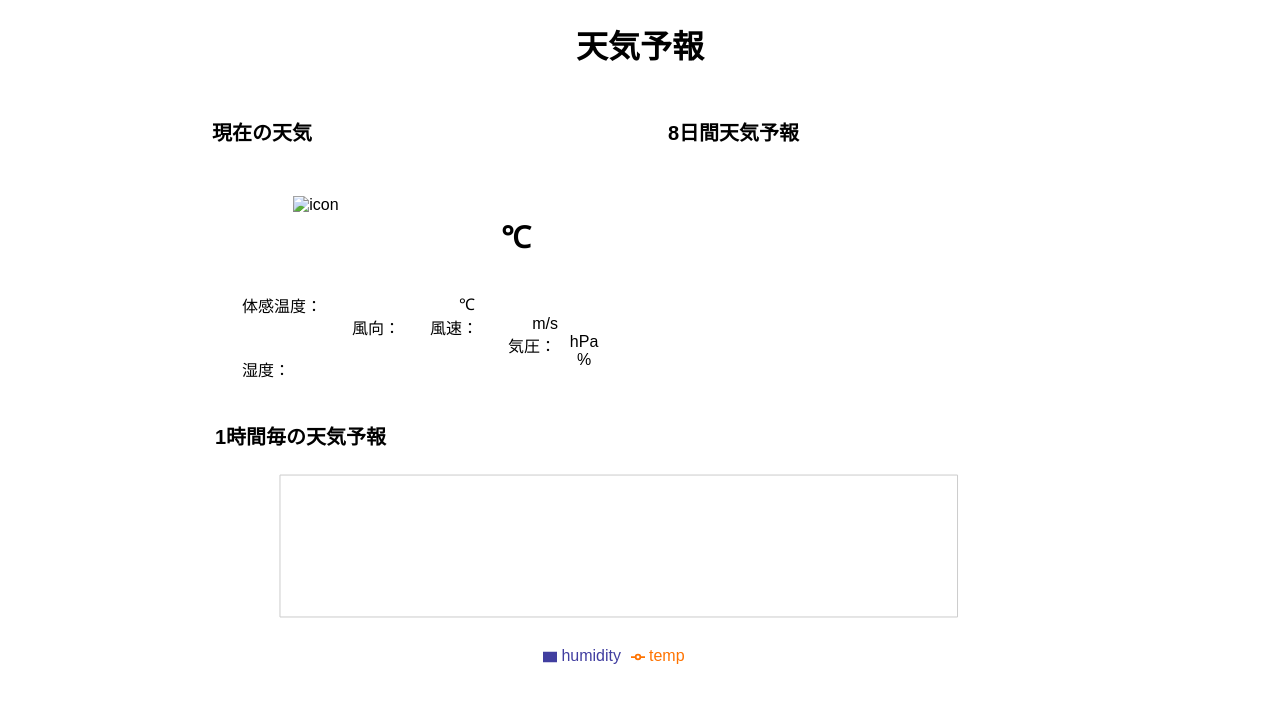
Repository: IshigureTomoki/weather-app
Page: /
These files come from the project's save history. The page is drawn as it stood at one moment and after the next save; the edit follows.
The browser window is 1280 px wide. The pictures show the whole page.
The page's requests for data from a server got no answer. The project was rebuilt for these pictures with package versions that can differ from the ones it lists, and the page was loaded fresh each time. No one was signed in, and anything a server would have sent is missing.

Above is the page before, as saved 2022-02-25 15:16:42.

### src/App.tsx
import axios from "axios";
import { report } from "process";
import React, { useEffect, useState } from "react";
import { convertTypeAcquisitionFromJson } from "typescript";
import "./App.css";
import { LinePlot } from "./components/LinePlot";

function App() {
  useEffect(() => {
    wetherOneCall();
  }, []);

  type weatherReportType = {
    time: string;
    timezone: string;
    temp: string;
    feels_like: string;
    wind_deg: string;
    wind_speed: string;
    pressure: string;
    humidity: string;
    weatherDescription: string;
    weatherIcon: string;
  };

  type weatherDailyReportsType = {
    dt: number;
    temp: {
      max: string;
      min: string;
    };
    weather: [
      {
        description: string;
        icon: string;
        id: string;
        main: string;
      }
    ];
  };

  type weatherHourlyReportsType = {
    time: string;
    temp: string;
    humidity: string;
  };

  const [weatherReport, setWeatherReport] = useState<weatherReportType>();
  const [weatherDailyReports, setWeatherDailyReports] = useState<
    weatherDailyReportsType[]
  >([]);

  const [weatherHourlyReports, setWeatherHourlyReports] = useState<
    weatherHourlyReportsType[]
  >([]);
  const [serchCity, setSearchCity] = useState("");

  const time = (dt: number) => {
    const srTime = new Date(dt * 1000);
    const time = srTime.toLocaleTimeString();
    return `${time}`;
  };

  const hour = (dt: number) => {
    const srTime = new Date(dt * 1000);
    const hour = srTime.getHours();
    return `${hour}`;
  };

  const mday = (dt: number) => {
    const srTime = new Date(dt * 1000);
    const day = srTime.toLocaleDateString();
    return `${day}`;
  };

  const date = (dt: number) => {
    const srTime = new Date(dt * 1000);
    const date = srTime.getDate();
    return `${date}`;
  };

  const dayOfWeekStr = (dt: number) => {
    const srTime = new Date(dt * 1000);
    const day = srTime.getDay();
    const dayOfWeekStrJP = ["日", "月", "火", "水", "木", "金", "土"];
    return `(${dayOfWeekStrJP[day]})`;
  };

  const wetherOneCall = async () => {
    await axios
      .get(
        "https://api.openweathermap.org/data/2.5/onecall?lat=35.690&lon=139.692&lang=ja&units=metric&appid=ff86fbdda3c22e95ce0071f6a7826f6c"
      )
      .then((res) => {
        console.log(res);

        const get_wind_deg = (wind_deg: number) => {
          let r = "北↓";
          if (wind_deg >= 11.25) r = "北北東";
          if (wind_deg >= 33.75) r = "北東↙︎";
          if (wind_deg >= 56.25) r = "東北東";
          if (wind_deg >= 78.75) r = "東←";
          if (wind_deg >= 101.25) r = "東南東";
          if (wind_deg >= 123.75) r = "南東↖︎";
          if (wind_deg >= 146.25) r = "南南東";
          if (wind_deg >= 168.75) r = "南↑";
          if (wind_deg >= 191.25) r = "南南西";
          if (wind_deg >= 213.75) r = "南西↗︎";
          if (wind_deg >= 236.25) r = "西南西";
          if (wind_deg >= 258.75) r = "西→";
          if (wind_deg >= 281.25) r = "西北西";
          if (wind_deg >= 303.75) r = "北西↘︎";
          if (wind_deg >= 326.25) r = "北北西";
          return r;
        };

        const report = {
          time: `${mday(res.data.current.dt)} ${time(res.data.current.dt)}`,
          timezone: res.data.timezone,
          temp: res.data.current.temp,
          feels_like: res.data.current.feels_like,
          wind_deg: get_wind_deg(res.data.current.wind_deg),
          wind_speed: res.data.current.wind_speed,
          pressure: res.data.current.pressure,
          humidity: res.data.current.humidity,
          weatherDescription: res.data.current.weather[0].description,
          weatherIcon: `http://openweathermap.org/img/wn/${res.data.current.weather[0].icon}@2x.png`,
        };

        const hourlyreports = res.data.hourly.map(
          (hourly: any, index: number) => {
            return {
              time: hour(hourly.dt),
              temp: hourly.temp,
              humidity: hourly.humidity,
            };
          }
        );

        hourlyreports.length = 24;

        console.log(report);
        setWeatherReport(report);
        setWeatherDailyReports(res.data.daily);
        console.log(hourlyreports);
        setWeatherHourlyReports(hourlyreports);
      });
  };
  return (
    <>
      <div className="App">
        <h1>天気予報</h1>
        <div className="upper">
          <div className="now-area">
            <div className="title">現在の天気</div>
            <div className="nowtime">{weatherReport?.time}</div>
            <div className="nowplace">{weatherReport?.timezone}</div>
            <div className="nowtemps">
              <div>
                <img src={weatherReport?.weatherIcon} alt="icon" width={120} />
              </div>
              <div className="nowtemps2">
                <div className="nowtemp">{weatherReport?.temp}℃</div>
                <div className="nowdes">
                  {weatherReport?.weatherDescription}
                </div>
              </div>
            </div>
            <dl>
              <dt>体感温度</dt>
              <dd>{weatherReport?.feels_like}℃</dd>
              <dt>風向</dt>
              <dd>{weatherReport?.wind_deg}</dd>
              <dt>風速</dt>
              <dd>{weatherReport?.wind_speed}m/s</dd>
              <dt>気圧</dt>
              <dd>{weatherReport?.pressure}hPa</dd>
              <dt>湿度</dt>
              <dd>{weatherReport?.humidity}%</dd>
            </dl>
          </div>

          <div className="dayly-area">
            <div className="title">8日間天気予報</div>

            {weatherDailyReports.map((report) => (
              <>
                <div className="dayly">
                  <div className="daylyd">
                    {date(report.dt)}
                    {dayOfWeekStr(report.dt)}
                  </div>
                  <div className="daylyi">
                    <img
                      src={`http://openweathermap.org/img/wn/${report.weather[0].icon}@2x.png`}
                      alt="icon"
                      width={40}
                    />
                  </div>
                  <div className="daylyde">{report.weather[0].description}</div>
                  <div className="daylym">
                    {report.temp.max}/{report.temp.min}℃
                  </div>
                </div>
              </>
            ))}
          </div>
        </div>

        <div className="hourly-area">
          <div className="title">1時間毎の天気予報</div>
          <LinePlot data={weatherHourlyReports} />
        </div>
      </div>
    </>
  );
}

export default App;

### src/App.css
body {
  font-family: sans-serif;
}

.App {
  text-align: center;
}

.upper {
  display: flex;
  justify-content: center;
}
.now-area {
  text-align: center;
  /* background-color: aliceblue; */
  width: 400px;
  padding: 20px;
  margin: 8px;
  border-radius: 8px;
}
.nowtime {
  font-size: 30px;
}

.nowplace{
  font-size: 25px;
}
.nowtemps{
  padding-top: 30px;
  display: flex;
  justify-content:space-around;
}
.nowtemps2{
  padding: 20px 0;
}

.nowtemp{
  font-size: 30px;
  font-weight:bold;
}

dt {
  float: left;
  padding-left: 30px;
}

dt::after {
  content: "：";
}

.dayly-area {
  text-align: center;
  /* background-color: bisque; */
  width: 400px;
  padding: 20px;
  margin: 8px;
  border-radius: 8px;
}

.dayly {
  display: flex;
}

.daylyd {
  width: 60px;
}

.daylyi {
  width: 90px;
}

.daylym {
  width: 150px;
}

.daylyde {
  width: 100px;
}

.hourly-area {
  /* background-color: aliceblue; */
  width: 850px;
  padding: 8px;
  margin: 0 auto;
  border-radius: 8px;
}
.title {
  text-align: left;
  margin: 0px 0px 20px 0px;
  font-weight: bold;
  font-size: 20px;
}

### src/components/LinePlot.tsx
import {
  Line,
  CartesianGrid,
  XAxis,
  YAxis,
  Tooltip,
  Bar,
  ComposedChart,
  ResponsiveContainer,
  Legend,
} from "recharts";

export const LinePlot = (props: any) => {
  const data = props.data;
  // const data = [
  //   { time: "15", temp: 8.67, humidity: 5 },
  //   { time: "16", temp: 8.87, humidity: 24 },
  //   { time: "17", temp: 8.61, humidity: 25 },
  //   { time: "18", temp: 8.26, humidity: 26 },
  //   { time: "19", temp: 6.67, humidity: 60 },
  //   { time: "20", temp: 5.31, humidity: 68 },
  //   { time: "21", temp: 3.73, humidity: 10 },
  //   { time: "22", temp: 3.32, humidity: 22 },
  // ];
  console.log(data);
  return (
    <ResponsiveContainer width="95%" height={200}>
      <ComposedChart  data={data}>
        <Bar
          yAxisId={2}
          dataKey="humidity"
          barSize={15}
          fill="#413ea0"
          label={{ fill: "white", fontSize: 10 }}
        />
        <Line yAxisId={1} type="monotone" dataKey="temp" stroke="#ff7300" />
        <CartesianGrid stroke="#ccc" />
        <XAxis dataKey="time" label={{ value: "時刻", dx: 5 }} />
        <YAxis yAxisId={1} tickCount={8} unit="℃" label={{ value: "気温" }} />
        <YAxis
          yAxisId={2}
          tickCount={8}
          unit="%"
          label={{ value: "降水確率", dx: 5 }}
          orientation="right"
        />
        <Legend />
        <Tooltip />
      </ComposedChart>
    </ResponsiveContainer>
  );
};

Loaded but not shown: public/index.html (common file); src/index.tsx (common file); src/index.css (common file); src/reportWebVitals.ts (common file)

After the next save:
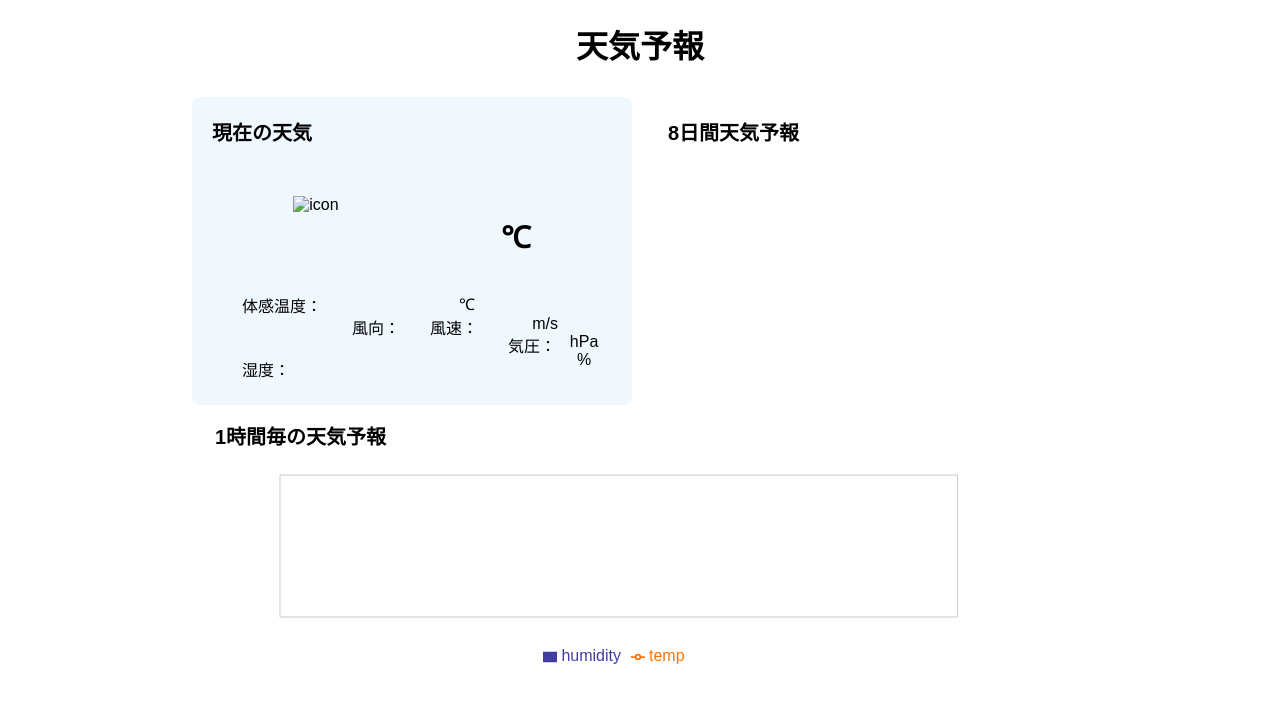
Saved 36 s later.
--- a/src/App.css
+++ b/src/App.css
@@ -12,7 +12,7 @@ body {
 }
 .now-area {
   text-align: center;
-  /* background-color: aliceblue; */
+  background-color: aliceblue;
   width: 400px;
   padding: 20px;
   margin: 8px;
